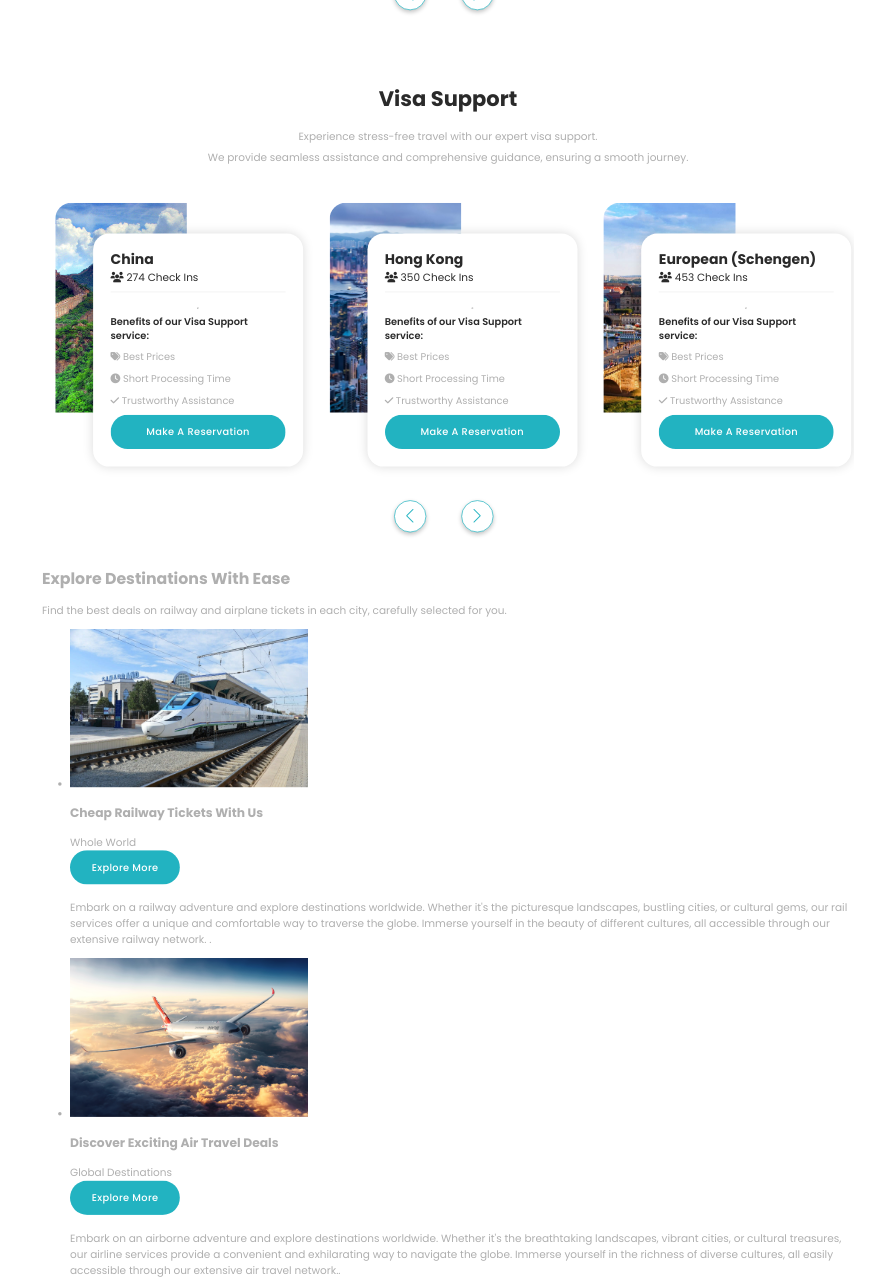
Repository: asadbekdev07/asadbekdev-zamontour-react
Page: /
The author's editor kept a copy of each file at every save. The page is drawn from the files as they stood at one save, then again after the next save.
The browser window is 1280 px wide. The pictures show the part of the page from y = 1382 to 3302 px (the page is 3222 px tall before and 3302 px after), at 70% of full size.
The project was rebuilt for these pictures with package versions that can differ from the ones it lists, and the page was loaded fresh each time. Also part of the build but not shown: vite.config.js.

Above is the page before, as saved 2024-05-26 18:18:48.

After the next save:
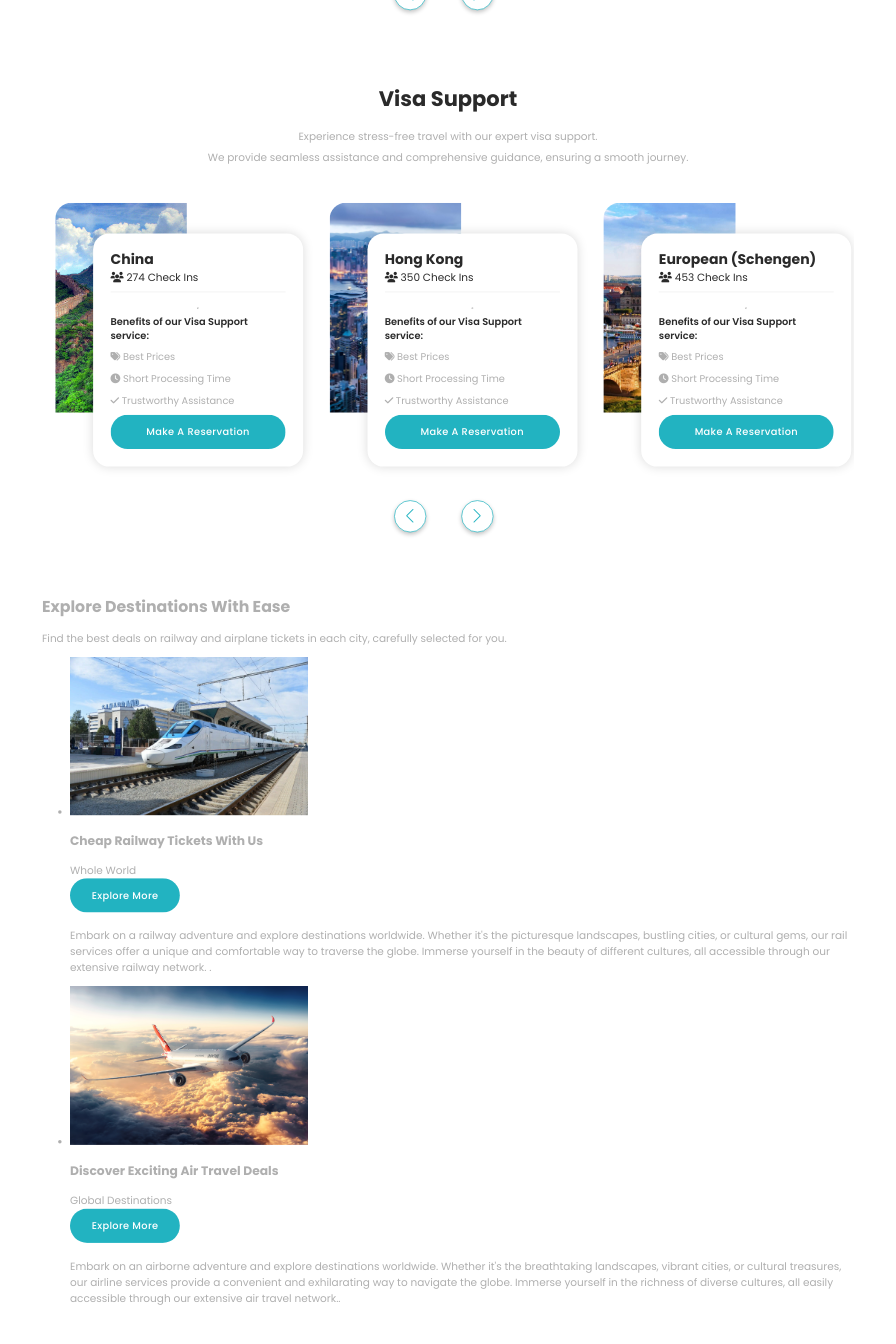
Saved 32 s later.
--- a/src/assets/styles/index.css
+++ b/src/assets/styles/index.css
@@ -578,6 +578,29 @@ select:-webkit-autofill:focus {
 }
 
 /* DESTINATION  */
+.destination {
+  padding: 40px;
+}
+
+.destination__content {
+  width: 100%;
+  max-width: 450px;
+  margin-bottom: 65px;
+}
+
+.destination__heading {
+  margin: 0;
+  margin-bottom: 20px;
+  font-weight: 700;
+  font-size: 30px;
+  line-height: 36px;
+  color: #2a2a2a;
+}
+
+.destination__description {
+  margin: 0;
+  line-height: 30px;
+}
 
 @media only screen and (min-width: 1000px) and (max-width: 1200px) {
   .offers__card {
